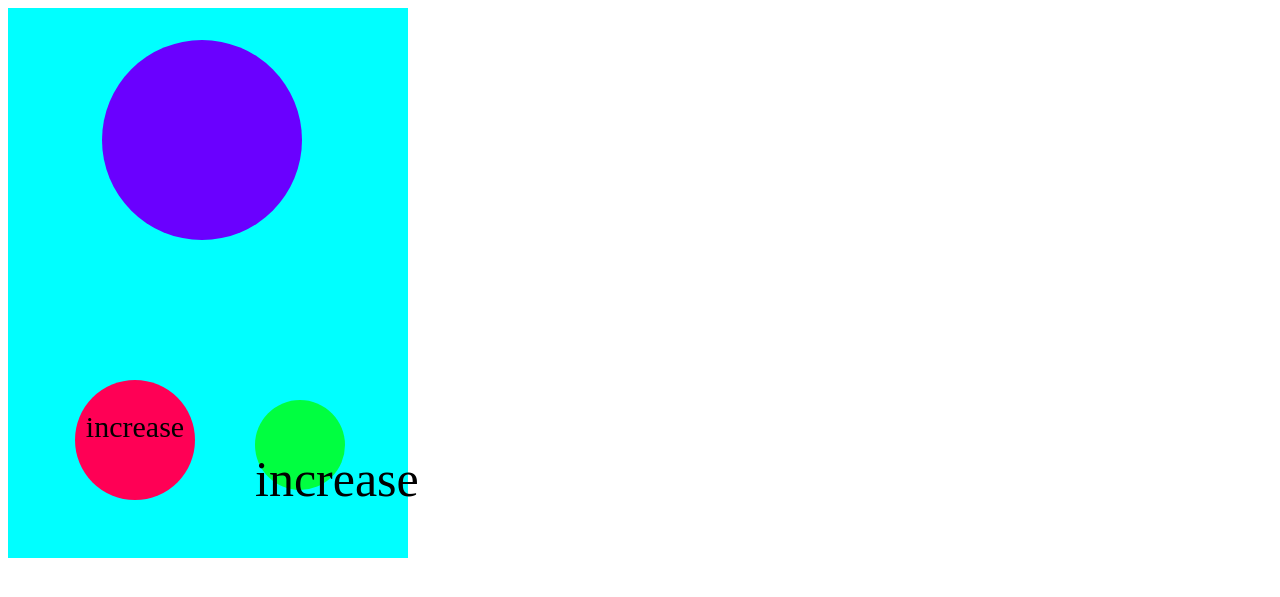
Repository: sara55m/Counter_App
Page: index.html
The author's editor kept a copy of each file at every save. The page is drawn from the files as they stood at one save, then again after the next save.
The browser window is 1280 px wide. The pictures show the whole page.

Above is the page before, as saved 2024-07-30 03:28:52.

### index.html
<!DOCTYPE html>
<html lang="en">
<head>
    <meta charset="UTF-8">
    <meta name="viewport" content="width=device-width, initial-scale=1.0">
    <title>Document</title>
    <link rel="stylesheet" href="css/style.css">
</head>
<body>
    <div class="container">
        <div class="main" id="main"></div>
        <div class="increase" id="increase" onclick="increase()"><p class="first">increase</p></div>
        <div class="reset" onclick="reset_1()"><p class="second">increase</p></div>
    </div>
    <script src="js/script.js"></script>
</body>
</html>

### css/style.css
.container{
    height:550px;
    width:400px;
    background-color: aqua;
}

.main{
    position:absolute;
    top:40px;
    left:102px;
    height:200px;
    width:200px;
    border-radius: 50%;
    background-color: rgb(106, 0, 255);
    text-align: center;
    font-size: 50px;
}


.increase{
    position:absolute;
    top:380px;
    left:75px;
    height:120px;
    width:120px;
    border-radius: 50%;
    background-color: rgb(255, 0, 85);
    text-align: center;
    font-size: 50px;
}
p.first{
    font-size: 30px;;
}

.reset{
    position:absolute;
    top:400px;
    left:255px;
    height:90px;
    width:90px;
    border-radius: 50%;
    background-color: rgb(0, 255, 64);
    text-align: center;
    font-size: 50px;
}

p.second{
    font-size: 15spx;;
}

### js/script.js
let count=0;
let count1=0;
function increase(){
    count+=1;
    count1+=1;
    document.getElementById("increase").innerHTML=count;
    document.getElementById("main").innerHTML=count1;

}


function reset_1(){
    let count=0;
    let x=document.getElementById("main").innerHTML=count;

}

After the next save:
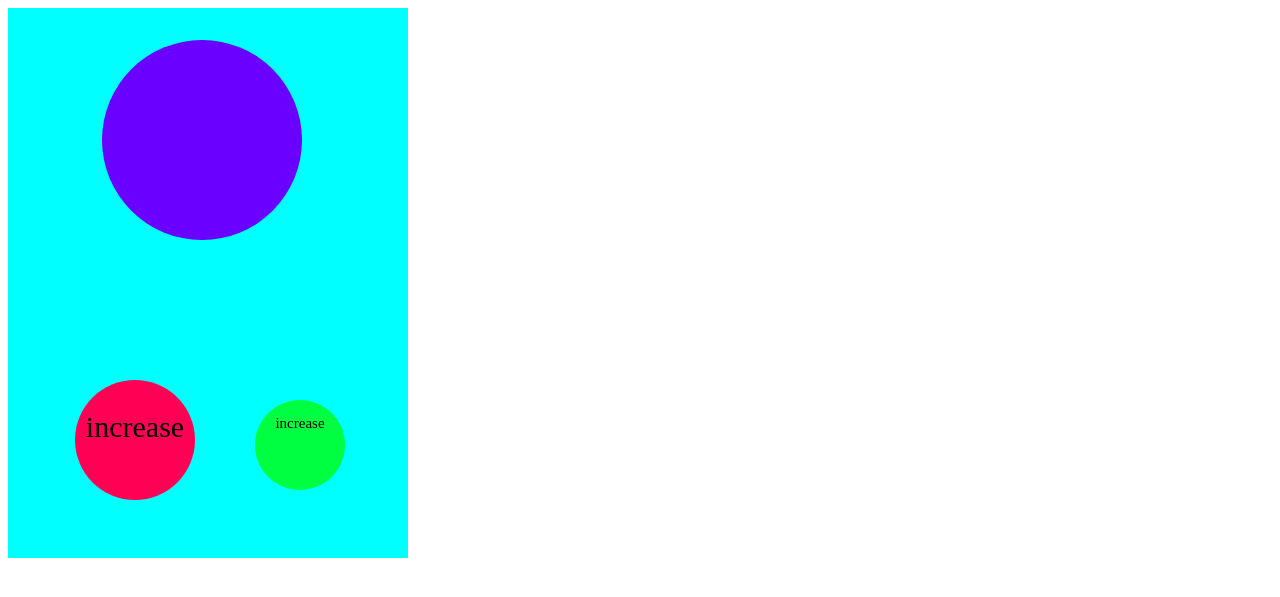
Saved 24 s later.
--- a/css/style.css
+++ b/css/style.css
@@ -45,5 +45,5 @@ p.first{
 }
 
 p.second{
-    font-size: 15spx;;
+    font-size: 15px;;
 }
